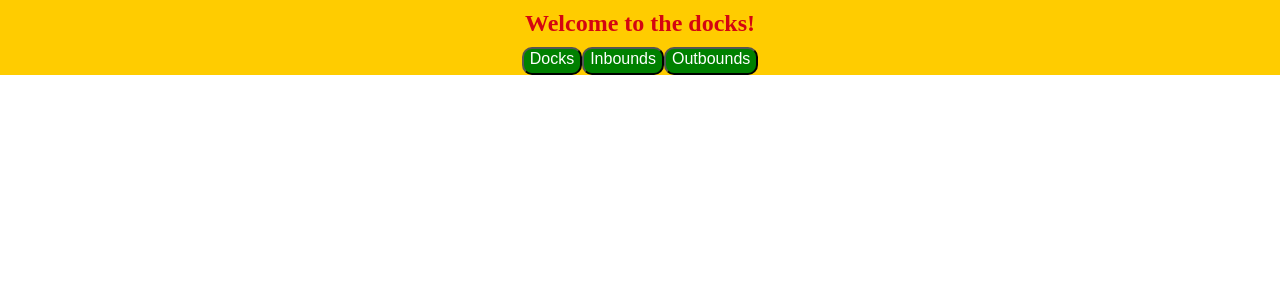
Repository: charliejp0311/java-final-proj
Page: dockWalk-frontend/index.html
An editor plug-in stored every save of this project. The page is shown before and after the next save, followed by the edit.
The browser window is 1280 px wide. The pictures show the whole page.
The page's requests for data from a server got no answer.

Above is the page before, as saved 2020-08-27 16:25:49.

After the next save:
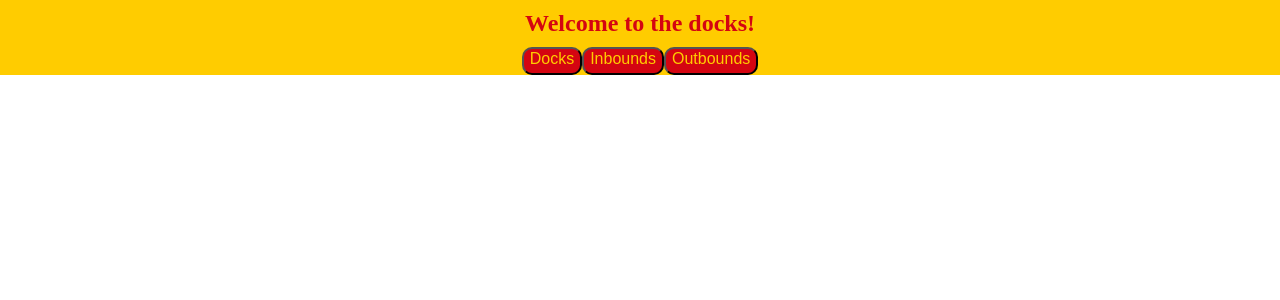
Saved 79 s later.
--- a/dockWalk-frontend/style.css
+++ b/dockWalk-frontend/style.css
@@ -49,8 +49,8 @@ li {
 
 button {
     font-size: 1em;
-    color: #fff;
-    background-color: green;
+    color: #FFCC00;
+    background-color: #D40511;
     border-radius: 10px;
     padding-bottom: 5px;
 }
